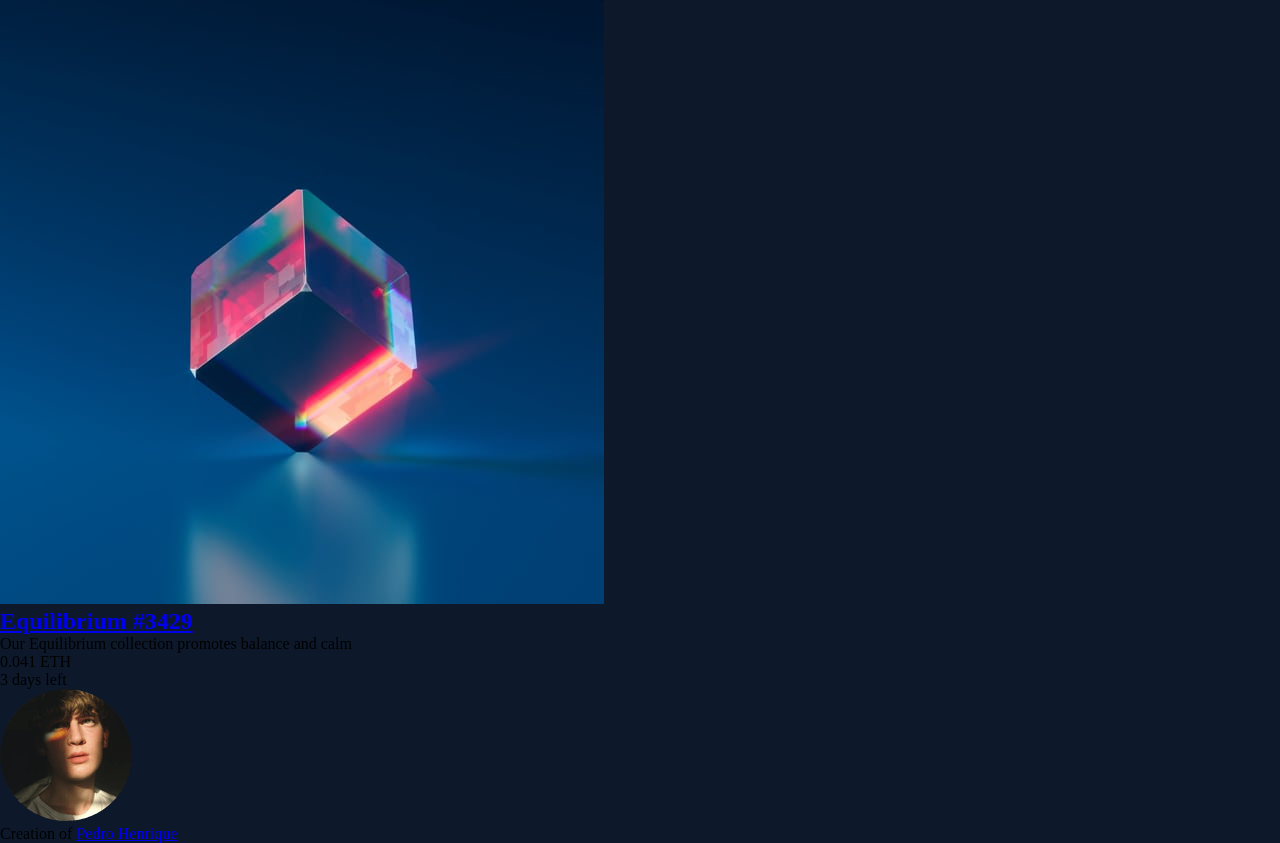
Repository: PedroHEAA/nft
Page: index.html
The author's editor kept a copy of each file at every save. The page is drawn from the files as they stood at one save, then again after the next save.
The browser window is 1280 px wide. The pictures show the whole page.

Above is the page before, as saved 2022-11-03 19:38:21.

### index.html
<!DOCTYPE html>
<html lang="en">
<head>
    <meta charset="UTF-8">
    <meta http-equiv="X-UA-Compatible" content="IE=edge">
    <meta name="viewport" content="width=device-width, initial-scale=1.0">
    <meta name="description" content="Esse é um projeto do front end mentor, para eu desenvolver habilidades técnicas para ficar cada dia melhor">
    <link rel="stylesheet" href="src/css/reset.css">
    <link rel="stylesheet" href="src/css/style.css">
    <link rel="stylesheet" href="src/css/variables.css">
    <link rel="shortcut icon" href="src/images/favicon-32x32.png" type="image/x-icon">
    <title>NFT - preview card component</title>
</head>
<body>
    <main class="container">
        <div class="card">

            <a href="#">
                <img src="src/images/image-equilibrium.jpg" alt="Equilibrium NFT image">
            </a>

                <a href="#">
                    <h2 class="title">Equilibrium #3429</h2>
                </a>

                <p>Our Equilibrium collection promotes balance and calm</p>

                <div class="info-element">
                    <p>0.041 ETH</p>
                    <p>3 days left</p>
                </div>

            <div class="creator">
                <img src="src/images/image-avatar.png" alt="NFT creator">
                <p> Creation of <a href="#">Pedro Henrique</a></p>
            </div>
        </div>
    </main>
</body>
</html>

### src/css/style.css
.container{
    background-color: var(--main-color);
    display: flex;

}

.card{
    background-color: var();
}

### src/css/variables.css
:root{
    --main-color: hsl(217, 54%, 11%);
    --card-color: hsl(216, 50%, 16%);
    --line-color: hsl(215, 32%, 27%);
    --white: hsl(0, 0%, 100%);
}

Loaded but not shown: src/css/reset.css (common file)

After the next save:
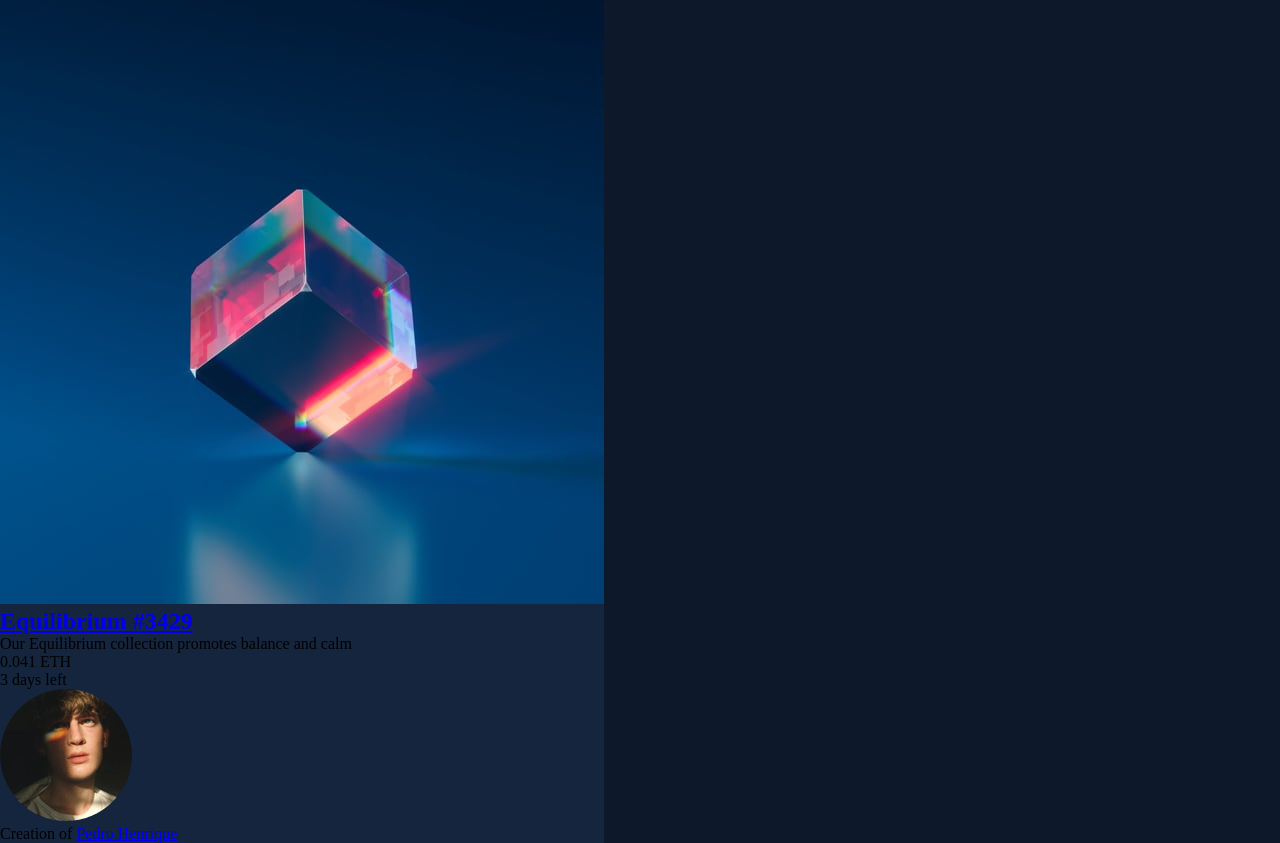
Saved 9 s later.
--- a/src/css/style.css
+++ b/src/css/style.css
@@ -5,5 +5,5 @@
 }
 
 .card{
-    background-color: var();
+    background-color: var(--card-color);
 }
